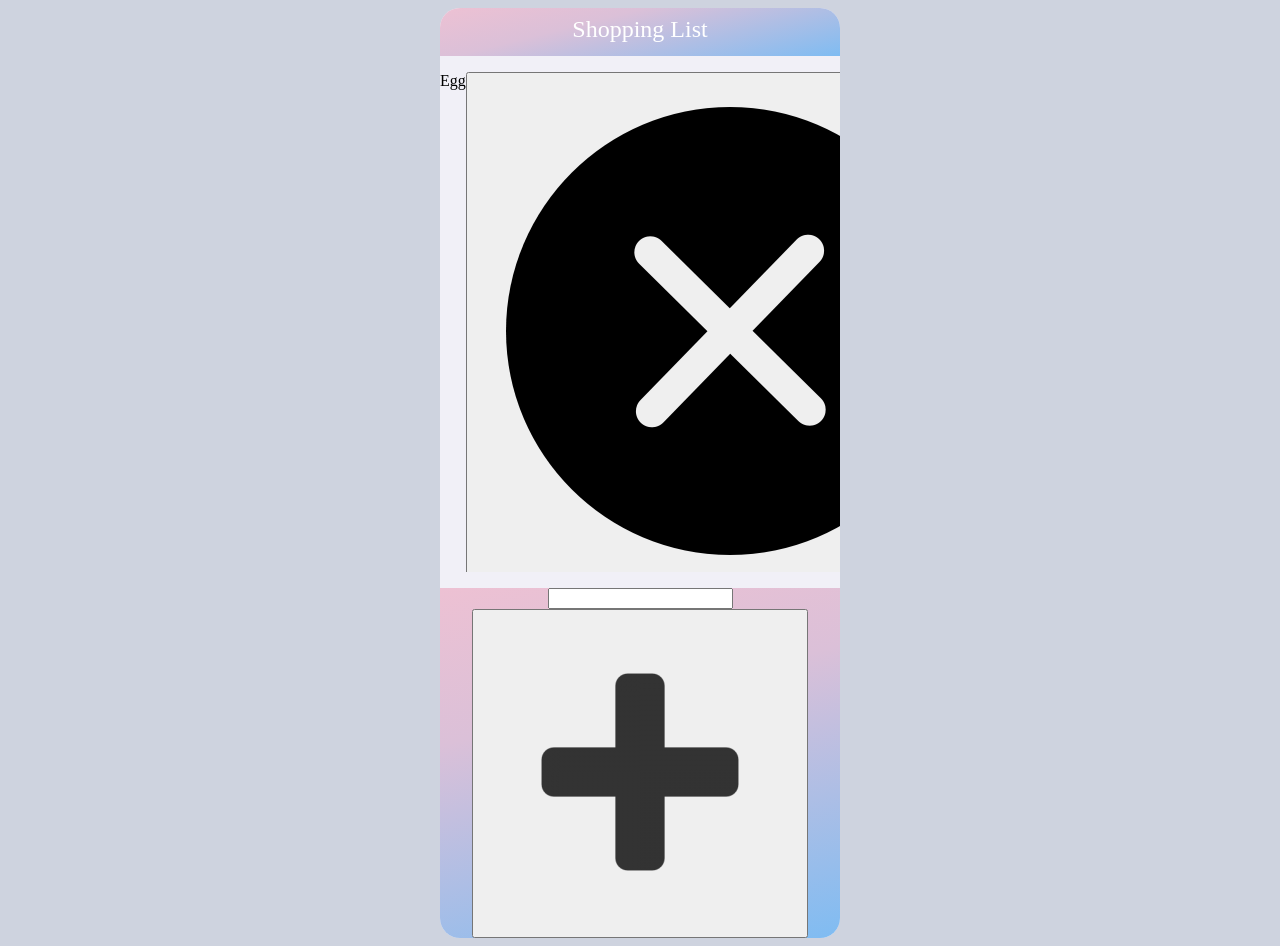
Repository: yoon-dh/JS_Prac
Page: shopping_list/shopping_list.html
These files come from the project's save history. The page is drawn as it stood at one moment and after the next save; the edit follows.
The browser window is 1280 px wide. The pictures show the whole page.

Above is the page before, as saved 2023-06-21 22:15:47.

After the next save:
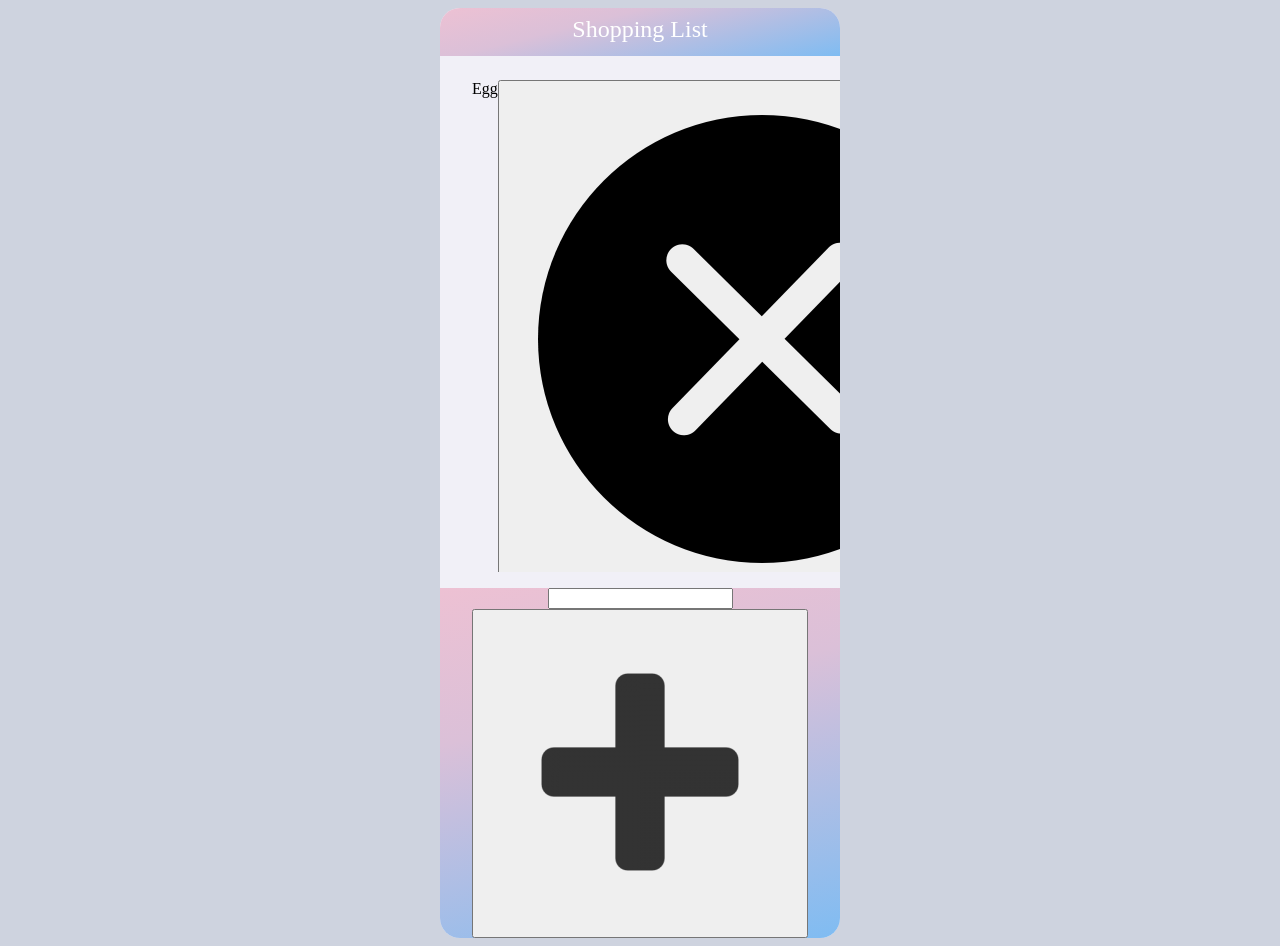
Saved 13 s later.
--- a/shopping_list/style.css
+++ b/shopping_list/style.css
@@ -41,6 +41,7 @@ body {
 .item {
   display: flex;
   justify-content: space-between;
+  padding: 8px 32px;
 }
 
 .footer {
